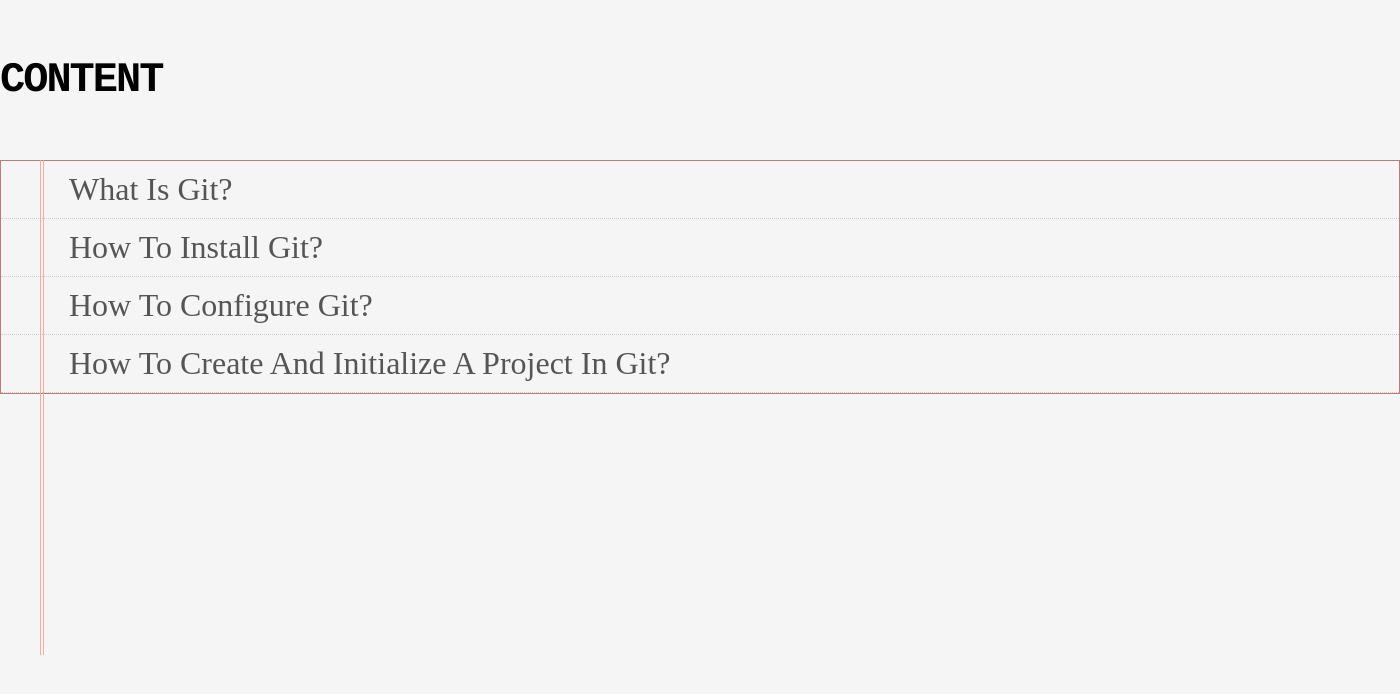
Repository: dev-singh-kanyal/Archive-git_github
Page: index.html
These files come from the project's save history. The page is drawn as it stood at one moment and after a run of saves; the edit follows.
The browser window is 1280 px wide. The page is 1400 px wide, so the pictures cover 1400 px, including what lies to the right of the window. The pictures show the whole page.
Some web fonts or font styles are not loaded; a fallback is used.

Above is the page before, as saved 2022-06-24 15:55:06.

### index.html
<!DOCTYPE HTML>
<html>

<head>
   <meta charset="UTF-8">
   <title>Dev's Notebook</title>
   <link rel="stylesheet" href="style.css">
   <link href="https://fonts.googleapis.com/css2?family=Reenie+Beanie&display=swap" rel="stylesheet">
</head>

<body>

    <h4>CONTENT</h4>

    <div class="lines"></div>

    <ul class="list">
      <li><a href="/src/what is git.html">What is Git?</a></li>
      <li><a href="/src/How to install Git.html">How to install Git?</a></li>
      <li><a href="/src/How to configure Git.html">How to configure Git?</a></li>
      <li><a href="/src/How to Create and Initialize a Project in Git.html">How to Create and Initialize a Project in Git?</a></li>
      <!-- <li><a href="/src/what is git.html">What is Git?</a></li> -->

    </ul>

</body>
</html>

### style.css
body {
    background-color: #f5f5f5;
    width: 1400px;
    margin: 0 auto;
    padding: 0;
  }
  h4 {
    color: #000000;
    font-size: 42px;
    letter-spacing: -2px;
    font-family: courier, monospace;
    text-align: left;
  }
  a {
    text-decoration: none;
    color: inherit;
  }
  .list {
    color: #555;
    /* font-size: 22px; */
    padding: 0 !important;
    width: auto;
    font-family: 'Reenie Beanie';
    font-size: 2rem;
    border: 1px solid #bd7b7b;
  }
  .list li {
    list-style: none;
    border-bottom: 1px dotted #ccc;
    text-indent: 25px;
    height: auto;
    padding: 10px;
    text-transform: capitalize;
  }
  .list li:hover {
    background-color: #f0f0f0;
    -webkit-transition: all 0.2s;
    -moz-transition:    all 0.2s;
    -ms-transition:     all 0.2s;
    -o-transition:      all 0.2s;
  }
  .lines {
    border-left: 1px solid #ffaa9f;
    border-right: 1px solid #ffaa9f;
    width: 2px;
    float: left;
    height: 495px;
    margin-left: 40px;
  }

After the next 2 saves:
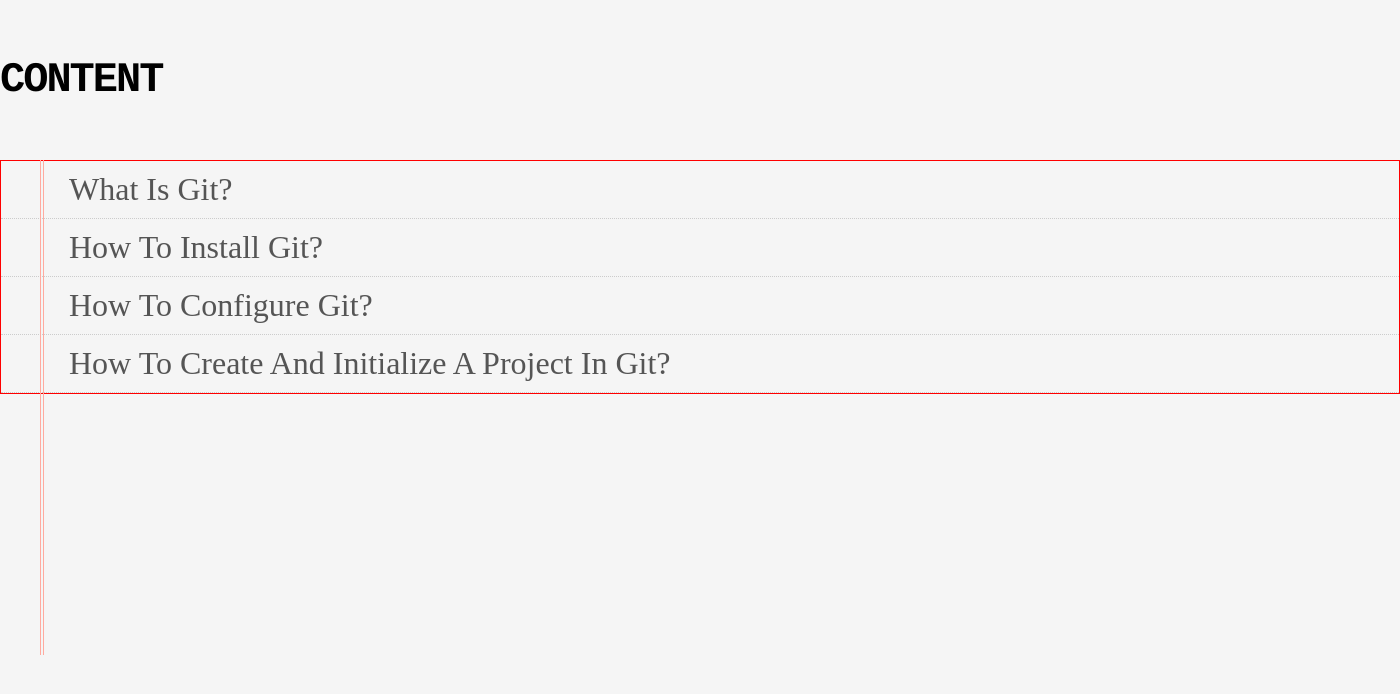
The 2 saves are shown as one change because they came seconds apart.
The last was saved 6 s later.
--- a/style.css
+++ b/style.css
@@ -22,7 +22,7 @@
     width: auto;
     font-family: 'Reenie Beanie';
     font-size: 2rem;
-    border: 1px solid #bd7b7b;
+    border: 1px solid #ff0000;
   }
   .list li {
     list-style: none;
